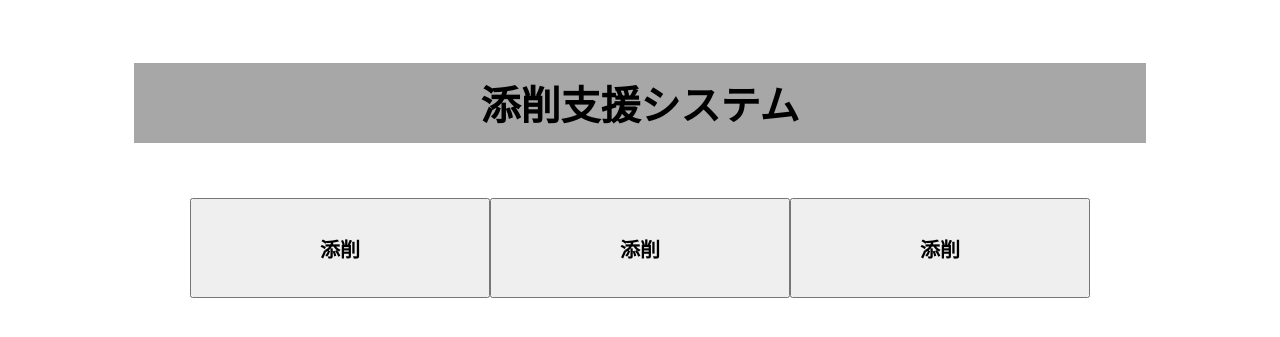
Repository: k-murakami18/canvas_v2
Page: Main.html
These files come from the project's save history. The page is drawn as it stood at one moment and after the next save; the edit follows.
The browser window is 1280 px wide. The pictures show the whole page.

Above is the page before, as saved 2021-01-04 20:04:37.

### Main.html
<!DOCTYPE html>
<html lang="en">

<head>
  <meta charset="UTF-8">
  <title>添削支援システム</title>
  <link rel="stylesheet" href="css/jquery-ui-1.8.16.custom.css" />
  <link rel="stylesheet" href="./style.css">
  <link rel="stylesheet" href="https://cdn.jsdelivr.net/npm/simplebar@latest/dist/simplebar.css">
  <script src="//cdnjs.cloudflare.com/ajax/libs/jspdf/1.3.3/jspdf.min.js"></script>
  <script src="js/jquery.1.6.4.min.js"></script>
  <script src="js/jquery-ui-1.8.16.custom.min.js"></script>
  <script type="text/javascript" src="./dist/fabric.js"></script>
  <script type="text/javascript" src="./dist/fabric.min.js"></script>
</head>

<body>
  <!--タイトルとファイル選択-->
  <div class="title">
    <div class="title_container">
      <div style="float: left;">
        <h1 id="title" style="display:inline;">添削支援システム</h1>
      </div>
    </div>
  </div>
  <div style="clear:left;"></div>

  <div class="but_name">
    <button class="button" type="submit" name="name" onclick="location.href='index.html'">添削</button>
    <button class="button" type="submit" name="name" onclick="location.href='index.html'">添削</button>
    <button class="button" type="submit" name="name" onclick="location.href='index.html'">添削</button>
  </div>

</body>

</html>

### style.css
/*タイトルコンテナ*/
.title_container{
  width: 80%;
  height: 80px;
  font-size: 20px;
  display: flex;
  background-color: #A7A7A7;
  justify-content: center; /*左右中央*/
  align-items: center; /*上下中央*/
  margin-top: 5%;
  margin-bottom: 5px;
  margin-left: auto;
  margin-right: auto;
}

/*ボタンコンテナ*/
.button_container{
  width: 50px;
  height: 602px;
  background-color: #DADADA;
  margin-bottom: 5px;
  margin-right: 5px;
}

/*各ボタンの設定*/
.btn-box,.btn_box{
  display: inline-block;
  widows: 25px;
  height: 25px;
  border: 1px black solid;
  padding: 2px;
  border-radius: 5px;
}
.btn_box_black{
  display: inline-block;
  widows: 25px;
  height: 25px;
  border: 1px white solid;
  padding: 2px;
  border-radius: 5px;
}
.select{
  margin-top: 10px;
  margin-left: 9px;
}
.aaa{
  margin-top: 0px;
  margin-left: 9px;
}
.margin{
  margin-top: 10px;
  margin-left: 9px;
}

/*ボタン枠線削除*/
input:focus {
	outline:0;
}

/*キャンバス*/
canvas {
	position: relative;
	border:1px solid #000;
}

/*保存履歴コンテナ*/
.history_container{
  height: 600px;
  width: 330px;
  background-color: whitesmoke;
  border: 1px solid black;
  margin-left: 10px;
}

/*保存履歴タイトル*/
#title_tmpList{
  margin-top: 2px;
  margin-left: 10px;
  margin-bottom: 2px;
  font-weight: bolder;
  text-align: center;
}
.subtitle_tmpList{
  margin-top: 3px;
  margin-bottom: 3px;
  font-weight: bolder;
  font-size: 13px;
  text-align: center;
}

/*「保存履歴」の下線*/
.hr{
  border-bottom: 1px solid black;
  width: 93%;
  margin-left: auto;
  margin-right: auto;
}
/*「ブックマーク」「添削保存」の下線*/
.hr2{
  border-bottom: 1px solid black;
  width: 83%;
  margin-left: auto;
  margin-right: auto;
}

#bookmark_viewpanel{
  height: 539px;
  width: 100px;
  background-color: whitesmoke;
  margin-top: 5px;
}

#normal_viewpanel{
  height: 539px;
  width: 190px;
  background-color: whitesmoke;
  margin-top: 5px;
}

#bookmark_tmp{
  border-right: 1px solid black;
}

.tmpImage{
  border: 1px solid black;
  margin-left: 10px;
}

#setColor li{
  display: inline-block;
  width: 25px;
  height: 25px;
  border:1px solid #000;
}

.button{
  width: 300px;
  height: 100px;
  font-size: 20px;
  font-weight: bold;
  margin-top: 50px;
}
body .but_name{
  display: flex;
  justify-content: center;
}

Loaded but not shown: css/jquery-ui-1.8.16.custom.css (library); js/jquery.1.6.4.min.js (library); js/jquery-ui-1.8.16.custom.min.js (library); dist/fabric.js (library); dist/fabric.min.js (library)

After the next save:
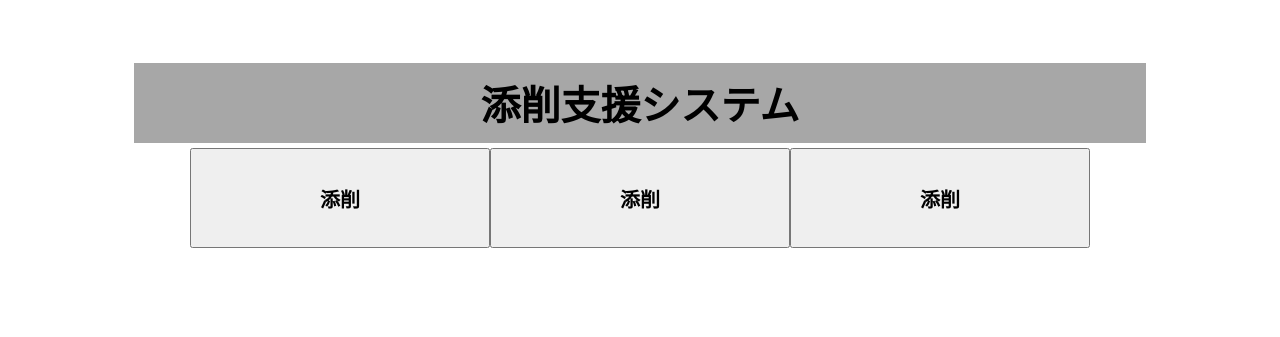
Saved 5 s later.
--- a/style.css
+++ b/style.css
@@ -138,7 +138,6 @@ canvas {
   height: 100px;
   font-size: 20px;
   font-weight: bold;
-  margin-top: 50px;
 }
 body .but_name{
   display: flex;
